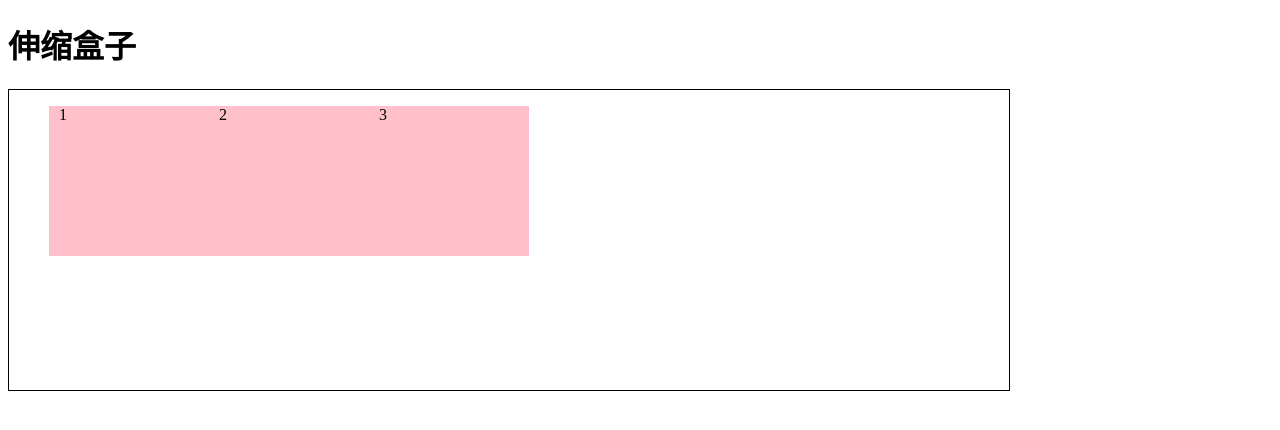
Repository: liuxi0811/web-demo
Page: 伸缩布局.html
These files come from the project's save history. The page is drawn as it stood at one moment and after the next save; the edit follows.
The browser window is 1280 px wide. The pictures show the whole page.

Above is the page before, as saved 2020-12-03 14:22:41.

### 伸缩布局.html
<!DOCTYPE html>
<html lang="en">
<head>
    <meta charset="UTF-8">
    <meta name="viewport" content="width=device-width, initial-scale=1.0">
    <title>Document</title>
    <style>
        div{
            width: 1000px;
            height: 300px;
            border: 1px solid;
        }

        li{
            width: 150px;
            height: 150px;
            background: pink;
            padding-left: 10px;
        }

        ul{
            list-style: none;
            display: flex;


        }
    </style>
</head>
<body>
   <h1>伸缩盒子</h1>
    <div>
        <ul>
            <li>1</li>
            <li>2</li>
            <li>3</li>
    </div>
</body>
</html>

After the next save:
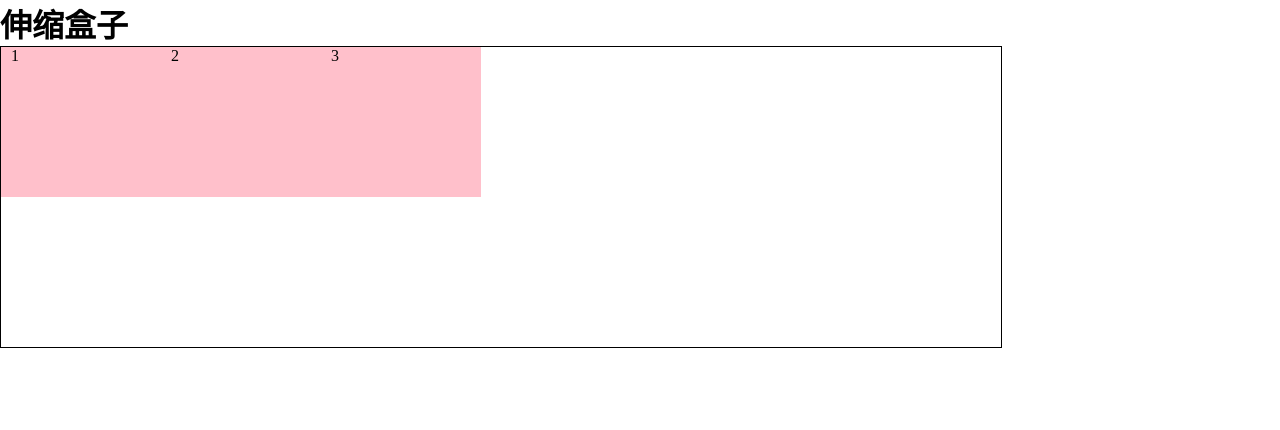
Saved 46 s later.
--- a/伸缩布局.html
+++ b/伸缩布局.html
@@ -5,6 +5,10 @@
     <meta name="viewport" content="width=device-width, initial-scale=1.0">
     <title>Document</title>
     <style>
+        *{
+            margin: 0px;
+            padding: 0px;
+        }
         div{
             width: 1000px;
             height: 300px;
